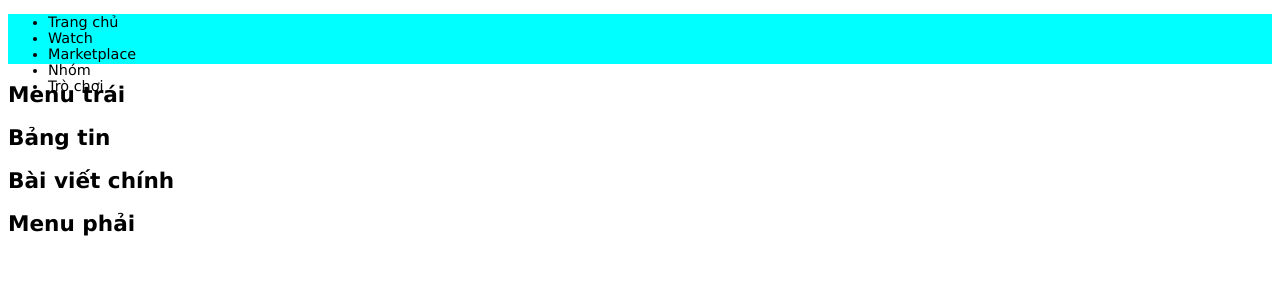
Repository: congle98/CSS_LayoutFacebookCoBan
Page: index.html
An editor plug-in stored every save of this project. The page is shown before and after a run of saves, followed by the edit.
The browser window is 1280 px wide. The pictures show the whole page.

Above is the page before, as saved 2021-05-26 15:27:41.

### index.html
<!DOCTYPE html>
<html lang="en">
<head>
    <meta charset="UTF-8">
    <meta http-equiv="X-UA-Compatible" content="IE=edge">
    <meta name="viewport" content="width=device-width, initial-scale=1.0">
    <title>Document</title>
    <style>
        body {
            font-family: Verdana,sans-serif;
            font-size: 0.9em;
        }
        header{
            background-color: cyan;
            width: 100%;
            height: 50px;

        }
        #sidebar-left{

        }

    </style>
</head>
<body>
    <header>
        <nav>
            <ul>
                <li>Trang chủ</li>
                <li>Watch</li>
                <li>Marketplace</li>
                <li>Nhóm</li>
                <li>Trò chơi</li>
            </ul>
        </nav>
    </header>
    <div id="sidebar-left">
        <h2>Menu trái</h2>
    </div>
    <section>
        <article>
            <h2>Bảng tin</h2>
        </article>
        <article>
            <h2>Bài viết chính</h2>
        </article>
    </section>
    <div id="sidebar-right">
        <h2>Menu phải</h2>
    </div>
</body>
</html>

After the next 8 saves:
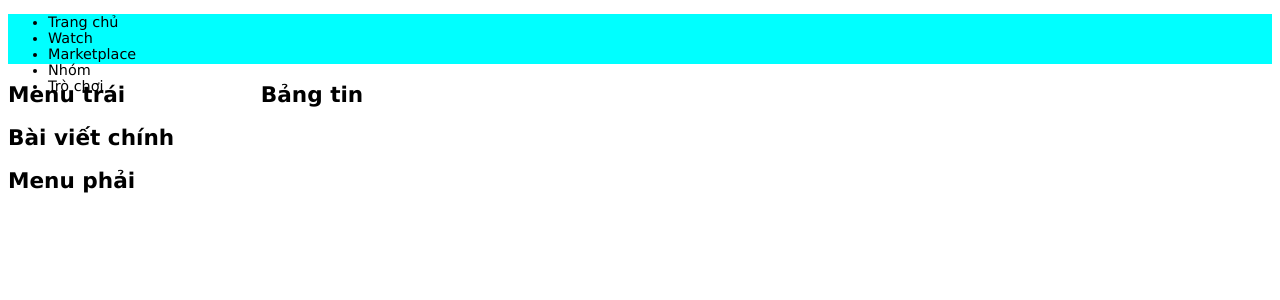
The 8 saves are shown as one change because they came seconds apart.
The last was saved 55 s later.
--- a/index.html
+++ b/index.html
@@ -17,7 +17,8 @@
 
         }
         #sidebar-left{
-
+            width: 20%;
+            float: left;
         }
 
     </style>
